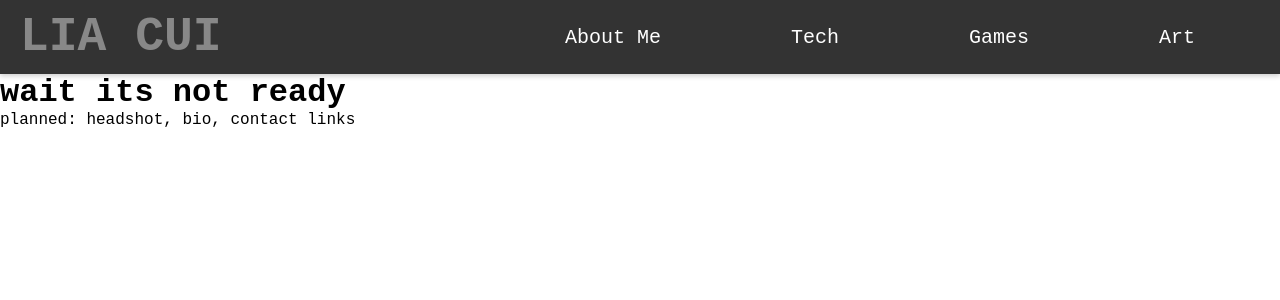
Repository: ljcui1/Lia-Cui-Portfolio
Page: index.html
These files come from the project's save history. The page is drawn as it stood at one moment and after the next save; the edit follows.
The browser window is 1280 px wide. The pictures show the whole page.

Above is the page before, as saved 2026-01-15 11:46:36.

### index.html
<!DOCTYPE html>
<html lang="en">
<head>
    <meta charset="UTF-8">
    <meta name="viewport" content="width=device-width, initial-scale=1.0">
    <title>Lia Cui's Portfolio</title>
    <link rel="stylesheet" href="style.css">

    <!--source pro code font-->
    <style>
    @import url('https://fonts.googleapis.com/css2?family=Source+Code+Pro:ital,wght@0,200..900;1,200..900&display=swap');
    </style>
</head>
<body>
    <header>
        <div id="logo">
            <h1>
                LIA CUI
            </h1>
        </div>
        <nav>
            <ul>
                <li><a href="index.html" class="currPage">About Me</a></li>
                <li><a href="subpages/tech_index.html">Tech</a></li>
                <li><a href="subpages/games_index.html">Games</a></li>
                <li><a href="subpages/art_index.html">Art</a></li>
            </ul>
        </nav>
    </header>
    <h1>wait its not ready</h1>
    <p>planned: headshot, bio, contact links</p>
</body>
</html>

### style.css
@import url('https://fonts.googleapis.com/css2?family=Source+Code+Pro:ital,wght@0,200..900;1,200..900&display=swap');

.source-code-pro- {
  font-family: "Source Code Pro", monospace;
  font-optical-sizing: auto;
  font-weight: 10;
  font-style: normal;
}

* {
    margin: 0;
    padding: 0;
    box-sizing: border-box;
    /*set background color*/
}

body {
    font-family: 'Source Pro Code', monospace;
}

/*header styling*/
header {
    /*temp colors*/
    background-color: #333;
    color: white;
    padding: 10px 0;
    display: flex;
    justify-content: space-between;
    align-items: center;
    box-shadow: 0 2px 5px rgba(0, 0, 0, 0.2);
}

/*footer styling*/
footer {
    /*temp colors*/
    background-color: #555;
    color: white;
    padding: 10px 0;
    display: flex;
    justify-content: space-between;
    align-items: center;
}

#logo {
    color: #888;
    padding-left: 20px;
    font-size: 1.5em;
    font-weight: bold;
}

/*navbar styling*/
nav ul { /*specifically styling the unordered list in the navbar*/
    list-style-type: none; /*removes bullet points + other styling*/
    display: flex; /*flexboxes allow for horizontal display*/
    padding-right: 20px;
}

nav ul li a { /*specifically styling the unordered list item links in the navbar*/
    color: white;
    text-decoration: none;
    font-size: 20px;
    margin-left: 50px;
    margin-right: 50px;
    padding: 10px 15px;
    display: block; /*makes entire padding area clickable to corresponding link*/
    transition: background-color 0.3s;
}

nav ul li a:hover { /*specifically styling the hover state of the unordered list item links in the navbar*/
    background-color: #555;
}

After the next save:
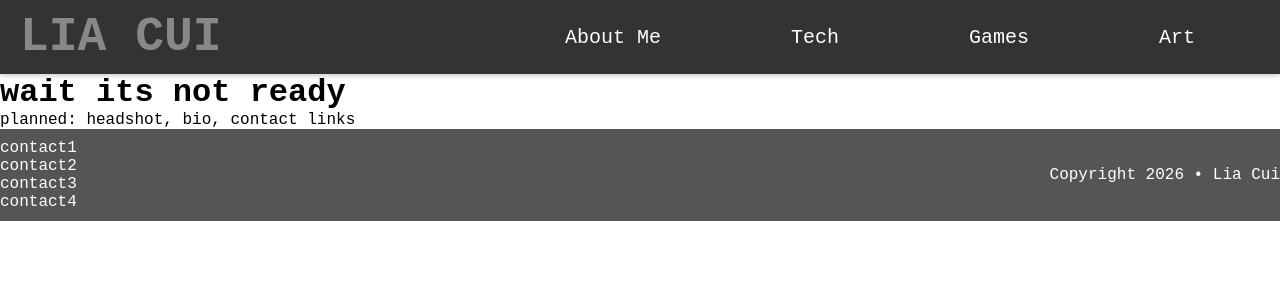
Saved 5 min 7 s later.
--- a/index.html
+++ b/index.html
@@ -12,6 +12,7 @@
     </style>
 </head>
 <body>
+
     <header>
         <div id="logo">
             <h1>
@@ -27,7 +28,20 @@
             </ul>
         </nav>
     </header>
+
     <h1>wait its not ready</h1>
     <p>planned: headshot, bio, contact links</p>
+
+    <footer>
+        <div id="contact">
+            <ul>
+                <li>contact1</li>
+                <li>contact2</li>
+                <li>contact3</li>
+                <li>contact4</li>
+            </ul>
+        </div>
+        <p>Copyright 2026 • Lia Cui</p>
+    </footer>
 </body>
 </html>
